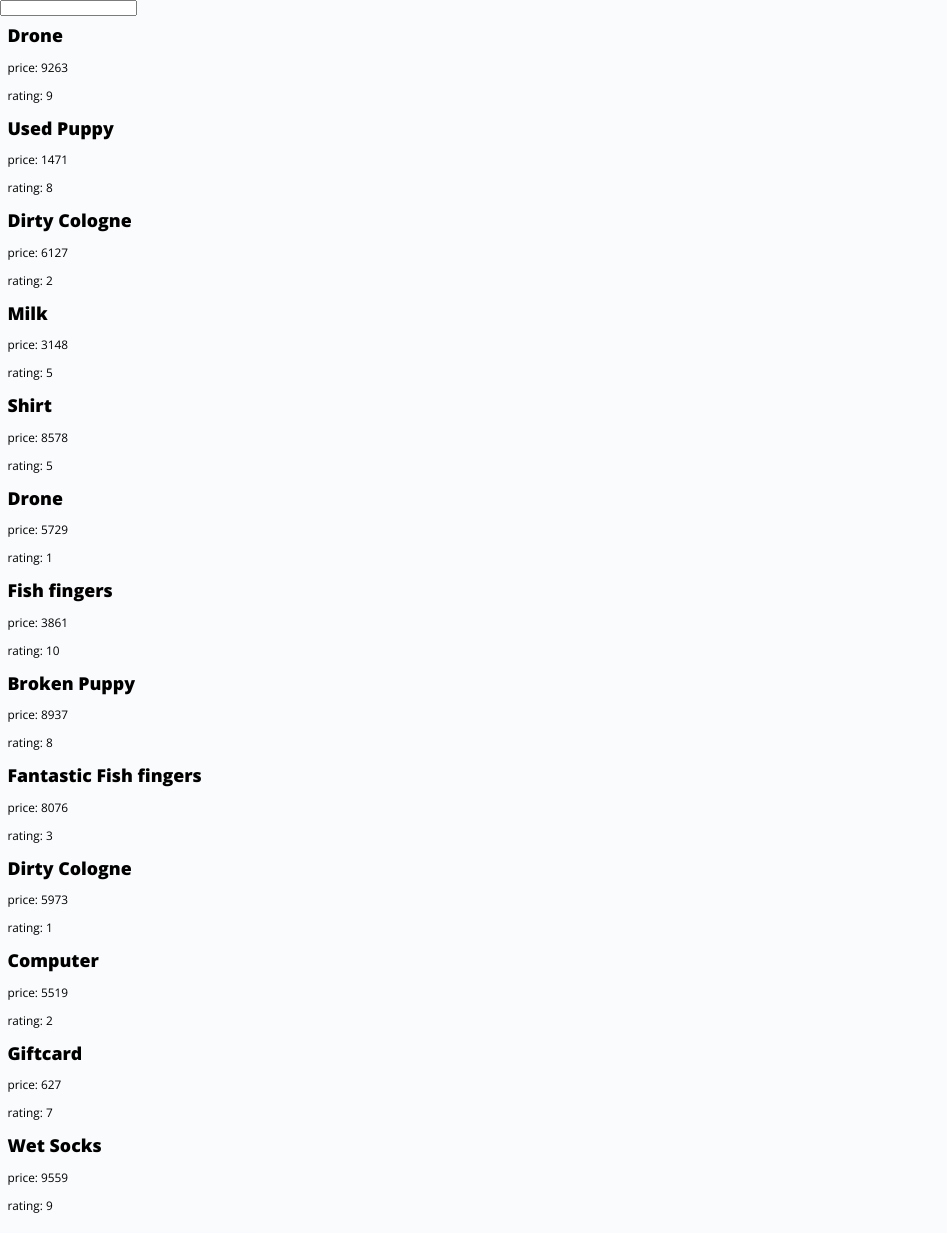
Repository: andrii1/hyf-homework
Page: javascript/javascript2/week2/hyf-bay/index.html
An editor plug-in stored every save of this project. The page is shown before and after the next save, followed by the edit.
The browser window is 1280 px wide. The pictures show the whole page, at 74% of full size.

Above is the page before, as saved 2022-07-03 10:43:09.

### javascript/javascript2/week2/hyf-bay/index.html
<head>
  <title>HyfBay</title>
  <meta name="viewport" content="width=device-width, initial-scale=1" />
  <link rel="stylesheet" type="text/css" href="main.css" />
  <link
    href="https://fonts.googleapis.com/css?family=Open+Sans:400,800"
    rel="stylesheet"
  />
</head>

<body>
  <main>
    <input type="text" id="search" />
    <ul id="list"></ul>
  </main>
  <script src="hyfBayHelpers.js"></script>
  <script src="main.js"></script>
</body>

### javascript/javascript2/week2/hyf-bay/main.css
body {
    font-family: "Open Sans", sans-serif;
    background-color: #F9FBFD;
}

* {
    box-sizing: border-box;
}

body, h1, h2 {
    margin: 0;
}

ul {
    list-style-type: none;
    margin: 0;
    padding: 10;
}

### javascript/javascript2/week2/hyf-bay/hyfBayHelpers.js
/* DONT MODIFY ANY OF THIS CODE!!!*/

window.getAvailableProducts = function () {
  function getRandomInt(min, max) {
    min = Math.ceil(min);
    max = Math.floor(max);
    return Math.floor(Math.random() * (max - min + 1)) + min;
  }

  function getRandomItem(availableProductNames) {
    return availableProductNames[
      getRandomInt(0, availableProductNames.length - 1)
    ];
  }

  function getRandomProductname() {
    const preWords = [
      "Used",
      "Fantastic",
      '"Used"',
      "Broken",
      "Beautiful",
      "Wet",
      "Green",
      "Sloppy",
      "Dirty",
    ];
    const productNames = [
      "Carrot",
      "Drone",
      "Giftcard",
      "Puppy",
      "Car",
      "Shirt",
      "Milk",
      "Chalk",
      "Fish fingers",
      "Socks",
      "Chocolate",
      "Toothbrush",
      "Computer",
      "Nokia",
      "Cologne",
    ];

    let chosenProductName = getRandomItem(productNames);
    const shouldHavePreWord = getRandomInt(0, 10) > 6;

    if (shouldHavePreWord) {
      const preWord = preWords[getRandomInt(0, preWords.length - 1)];
      chosenProductName = `${preWord} ${chosenProductName}`;
    }

    return chosenProductName;
  }

  const numberOfAvailableProducts = getRandomInt(0, 30);
  const availableProducts = Array.apply(
    null,
    Array(numberOfAvailableProducts)
  ).map(() => {
    const name = getRandomProductname();
    return {
      id: `${name}${getRandomInt(0, 100000)}`,
      name,
      price: getRandomInt(0, 10000),
      rating: getRandomInt(1, 10),
    };
  });

  return availableProducts;
};

### javascript/javascript2/week2/hyf-bay/main.js
console.log("Script loaded");

const products = getAvailableProducts();
console.log(products);
const list = document.querySelector("#list");

function renderProducts(products) {
  // your code here
  for (let i = 0; i < products.length; i++) {
    const listItem = document.createElement("li");
    const name = document.createElement("h2");
    const price = document.createElement("p");
    const rating = document.createElement("p");
    name.innerHTML = products[i].name;
    price.innerHTML = `price: ${products[i].price}`;
    rating.innerHTML = `rating: ${products[i].rating}`;
    list.appendChild(listItem);
    list.appendChild(name);
    list.appendChild(price);
    list.appendChild(rating);
  }
}

renderProducts(products); // This should create the ul and the li's with the individual products details

After the next save:
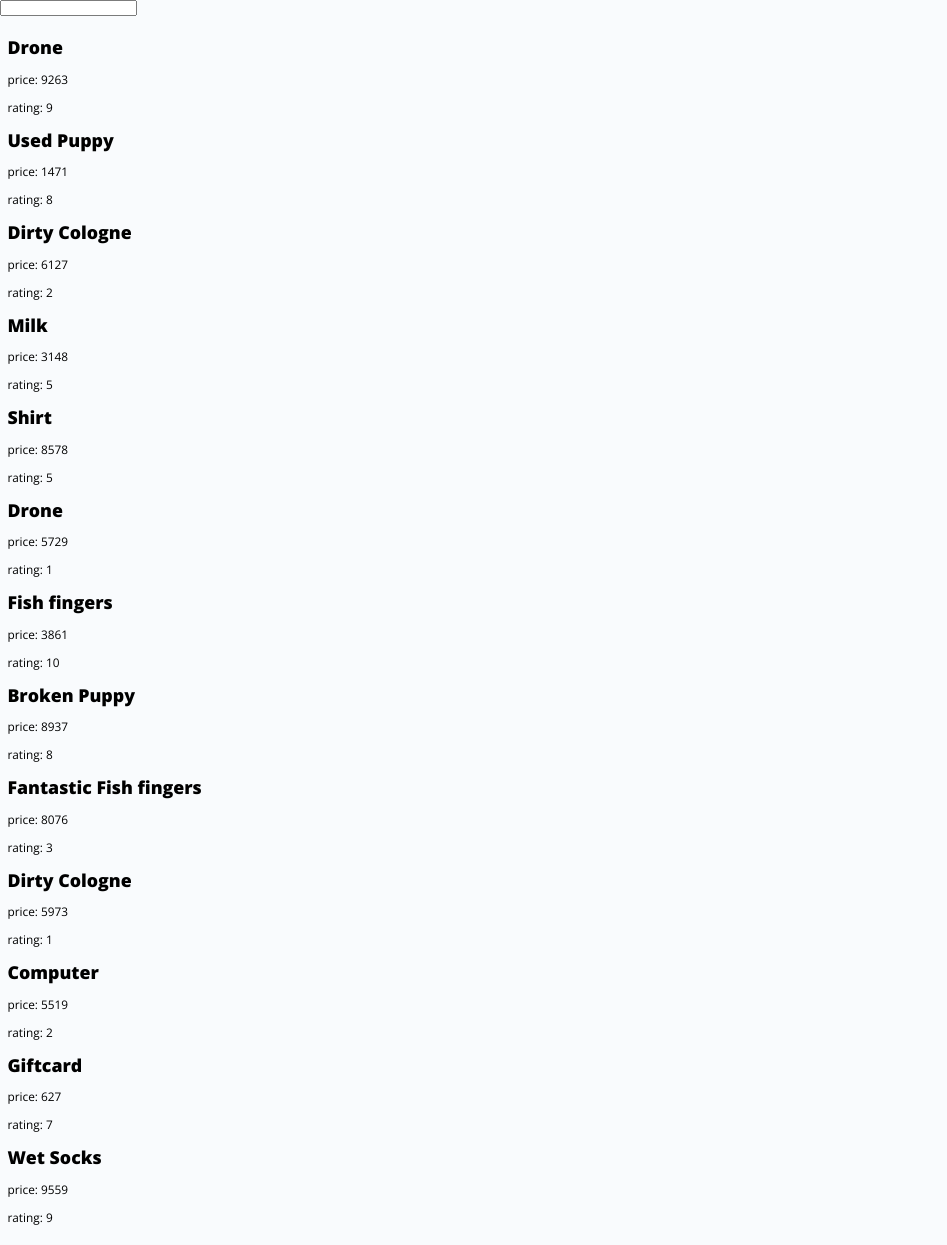
Saved 50 s later.
--- a/javascript/javascript2/week2/hyf-bay/index.html
+++ b/javascript/javascript2/week2/hyf-bay/index.html
@@ -10,7 +10,9 @@
 
 <body>
   <main>
-    <input type="text" id="search" />
+    <form action="#">
+      <input type="text" id="search" />
+    </form>
     <ul id="list"></ul>
   </main>
   <script src="hyfBayHelpers.js"></script>
